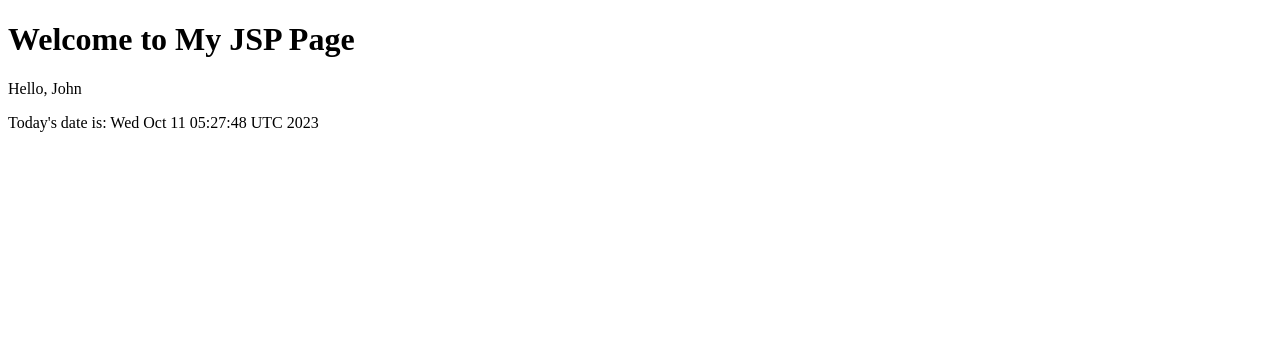
Repository: AlthafBasha-syed/JFSD-PROJECT
Page: http://localhost/GradeBook/
The author's editor kept a copy of each file at every save. The page is drawn from the files as they stood at one save, then again after the next save.
The browser window is 1280 px wide. The pictures show the whole page.
The page is served by Tomcat 10. Other server files are loaded and not shown.

Above is the page before, as saved 2023-10-11 05:51:12.

### PROJECTWORKSPACE/GradeBook/src/main/webapp/index.jsp
<%@ page language="java" contentType="text/html; charset=UTF-8" pageEncoding="UTF-8" %>
<!DOCTYPE html>
<html>
<head>
    <meta charset="UTF-8">
    <title>Sample JSP Page</title>
</head>
<body>
    <h1>Welcome to My JSP Page</h1>

    <%
        // Java code embedded in JSP
        String name = "John";
        out.println("Hello, " + name);
    %>

    <p>Today's date is: <%= new java.util.Date() %></p>
</body>
</html>

After the next save:
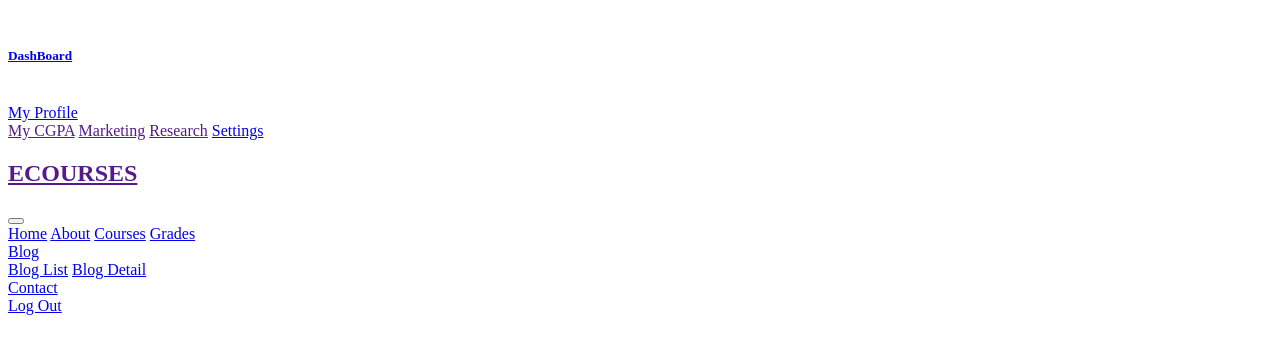
Saved 58 s later.
--- a/PROJECTWORKSPACE/GradeBook/src/main/webapp/index.jsp
+++ b/PROJECTWORKSPACE/GradeBook/src/main/webapp/index.jsp
@@ -1,19 +1,64 @@
-<%@ page language="java" contentType="text/html; charset=UTF-8" pageEncoding="UTF-8" %>
+<%@ page language="java" contentType="text/html; charset=UTF-8"
+    pageEncoding="UTF-8"%>
 <!DOCTYPE html>
 <html>
 <head>
-    <meta charset="UTF-8">
-    <title>Sample JSP Page</title>
+<meta charset="UTF-8">
+<title>Insert title here</title>
 </head>
 <body>
-    <h1>Welcome to My JSP Page</h1>
 
-    <%
-        // Java code embedded in JSP
-        String name = "John";
-        out.println("Hello, " + name);
-    %>
+    <!-- Navbar Start -->
+    <div class="container-fluid">
+        <div class="row border-top px-xl-5">
+            <div class="col-lg-3 d-none d-lg-block">
+                <a class="d-flex align-items-center justify-content-between bg-secondary w-100 text-decoration-none" data-toggle="collapse" href="#navbar-vertical" style="height: 67px; padding: 0 30px;">
+                    <h5 class="text-primary m-0">DashBoard</h5>
+                    <i class="fa fa-angle-down text-primary"></i>
+                </a>
+                <nav class="collapse position-absolute navbar navbar-vertical navbar-light align-items-start p-0 border border-top-0 border-bottom-0 bg-light" id="navbar-vertical" style="width: calc(100% - 30px); z-index: 9;">
+                    <div class="navbar-nav w-100">
+                        <div class="nav-item dropdown">
+                            <a href="profile.html" class="nav-item nav-link">My Profile</a>
 
-    <p>Today's date is: <%= new java.util.Date() %></p>
+                        </div>
+                        <a href="" class="nav-item nav-link">My CGPA</a>
+                        <a href="" class="nav-item nav-link">Marketing</a>
+                        <a href="" class="nav-item nav-link">Research</a>
+                        <a href="changepassword.html" class="nav-item nav-link">Settings</a>
+                    </div>
+                </nav>
+            </div>
+            <div class="col-lg-9">
+                <nav class="navbar navbar-expand-lg bg-light navbar-light py-3 py-lg-0 px-0">
+                    <a href="" class="text-decoration-none d-block d-lg-none">
+                        <h1 class="m-0"><span class="text-primary">E</span>COURSES</h1>
+                    </a>
+                    <button type="button" class="navbar-toggler" data-toggle="collapse" data-target="#navbarCollapse">
+                        <span class="navbar-toggler-icon"></span>
+                    </button>
+                    <div class="collapse navbar-collapse justify-content-between" id="navbarCollapse">
+                        <div class="navbar-nav py-0">
+                            <a href="index.html" class="nav-item nav-link active">Home</a>
+                            <a href="about.html" class="nav-item nav-link">About</a>
+                            <a href="course.html" class="nav-item nav-link">Courses</a>
+                            <a href="GradeBook.html" class="nav-item nav-link">Grades</a>
+                            <div class="nav-item dropdown">
+                                <a href="#" class="nav-link dropdown-toggle" data-toggle="dropdown">Blog</a>
+                                <div class="dropdown-menu rounded-0 m-0">
+                                    <a href="blog.html" class="dropdown-item">Blog List</a>
+                                    <a href="single.html" class="dropdown-item">Blog Detail</a>
+                                </div>
+                            </div>
+                            <a href="contact.html" class="nav-item nav-link">Contact</a>
+                        </div>
+                        <a class="btn btn-primary py-2 px-4 ml-auto d-none d-lg-block" href="login.html">Log Out</a>
+                    </div>
+                </nav>
+            </div>
+        </div>
+    </div>
+    <!-- Navbar End -->
+
 </body>
 </html>
